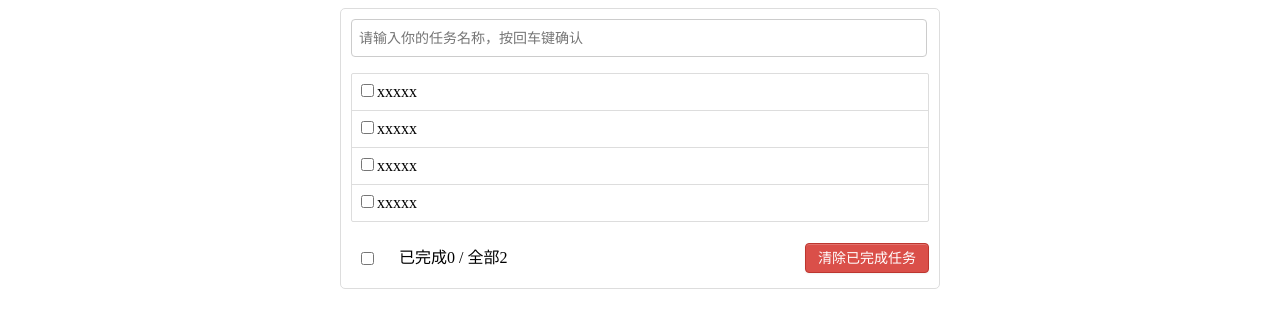
Repository: Crow7277/Vue2-
Page: /
An editor plug-in stored every save of this project. The page is shown before and after a run of saves, followed by the edit.
The browser window is 1280 px wide. The pictures show the whole page.
The project was rebuilt for these pictures with package versions that can differ from the ones it lists, and the page was loaded fresh each time. Also part of the build but not shown: vue.config.js.

Above is the page before, as saved 2022-04-02 20:45:19.

After the next 10 saves:
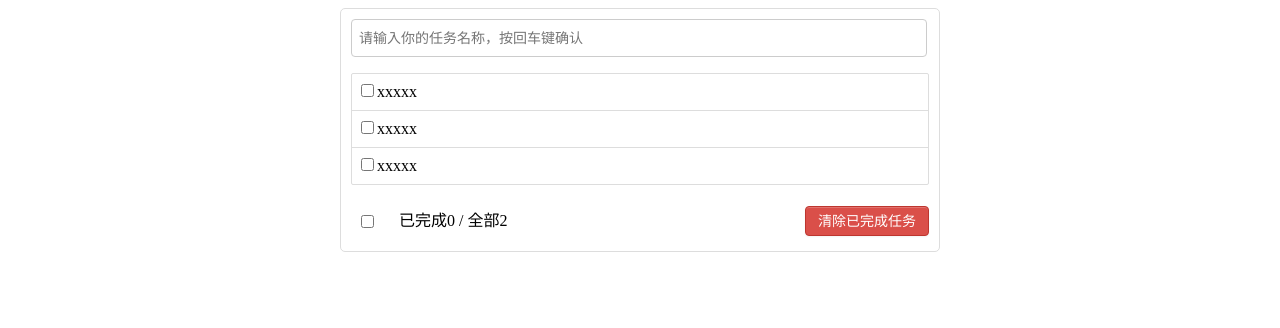
The 10 saves are shown as one change because 1 did not build or start and some came seconds apart.
The last was saved 32 s later.
--- a/src/components/MyList.vue
+++ b/src/components/MyList.vue
@@ -1,9 +1,6 @@
 <template>
     <ul class="todo-main">
-        <MyItem />
-        <MyItem />
-        <MyItem />
-        <MyItem />
+        <MyItem v-for="item in todos" />
     </ul>
 </template>
 
